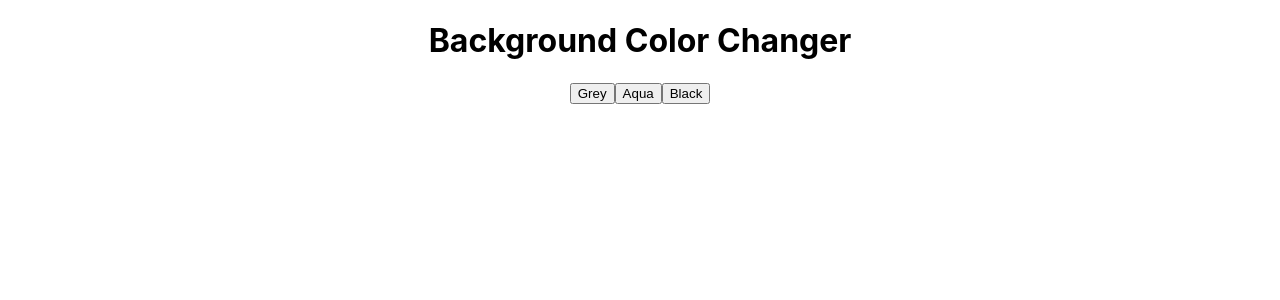
Repository: Jay1161/FSWD
Page: / (app in Week-12/frontend/cookies/)
The author's editor kept a copy of each file at every save. The page is drawn from the files as they stood at one save, then again after a run of saves.
The browser window is 1280 px wide. The pictures show the whole page.
The project was rebuilt for these pictures with package versions that can differ from the ones it lists, and the page was loaded fresh each time.

Above is the page before, as saved 2023-09-27 18:03:16.

### Week-12/frontend/cookies/src/index.js
import React from 'react';
import ReactDOM from 'react-dom/client';
import './index.css';
import reportWebVitals from './reportWebVitals';
//import App from './App';
import Cookies from './cookies';

const root = ReactDOM.createRoot(document.getElementById('root'));
root.render(
  <React.StrictMode>
    <Cookies />
  </React.StrictMode>
);

// If you want to start measuring performance in your app, pass a function
// to log results (for example: reportWebVitals(console.log))
// or send to an analytics endpoint. Learn more: https://bit.ly/CRA-vitals
reportWebVitals();

### Week-12/frontend/cookies/src/cookies.jsx
// client/src/App.js

import React, { useState, useEffect } from 'react';
import './App.css';

function Cookies() {
  const [backgroundColor, setBackgroundColor] = useState('');

  useEffect(() => {
    // Retrieve the backgroundColor cookie when the component mounts
    const savedBackgroundColor = getCookie('backgroundColor');
    if (savedBackgroundColor) {
      setBackgroundColor(savedBackgroundColor);
    }
  }, []);

  // Function to set the backgroundColor cookie on button click
  const setCookieAndBackgroundColor = (color) => {
    document.body.style.backgroundColor = color;
    document.cookie = `backgroundColor=${color}`;
    setBackgroundColor(color);
  };

  // Function to retrieve a cookie by name
  const getCookie = (name) => {
    const cookies = document.cookie.split(';');
    for (const cookie of cookies) {
      const [cookieName, cookieValue] = cookie.trim().split('=');
      if (cookieName === name) {
        return cookieValue;
      }
    }
    return null;
  };

  return (
    <div className="App">
      <h1>Background Color Changer</h1>
      <button onClick={() => setCookieAndBackgroundColor('#546E7A')}>Grey</button>
      <button onClick={() => setCookieAndBackgroundColor('#4DD0E1')}>Aqua</button>
      <button onClick={() => setCookieAndBackgroundColor('Black')}>Black</button>
    </div>
  );
}

export default Cookies;

Loaded but not shown: Week-12/frontend/cookies/public/index.html (common file); Week-12/frontend/cookies/src/index.css (common file); Week-12/frontend/cookies/src/reportWebVitals.js (common file); Week-12/frontend/cookies/src/App.css (common file)

After the next 2 saves:
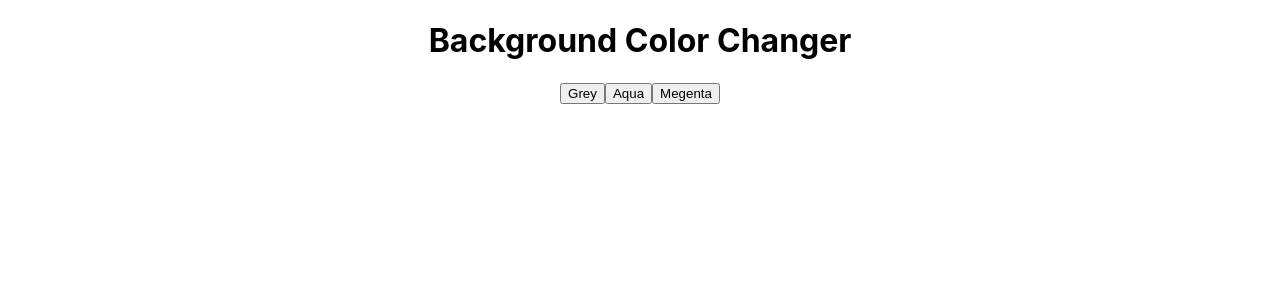
The 2 saves are shown as one change because they came seconds apart.
The last was saved 15 s later.
--- a/Week-12/frontend/cookies/src/cookies.jsx
+++ b/Week-12/frontend/cookies/src/cookies.jsx
@@ -38,7 +38,7 @@ function Cookies() {
       <h1>Background Color Changer</h1>
       <button onClick={() => setCookieAndBackgroundColor('#546E7A')}>Grey</button>
       <button onClick={() => setCookieAndBackgroundColor('#4DD0E1')}>Aqua</button>
-      <button onClick={() => setCookieAndBackgroundColor('Black')}>Black</button>
+      <button onClick={() => setCookieAndBackgroundColor('#7E57C2')}>Megenta</button>
     </div>
   );
 }
